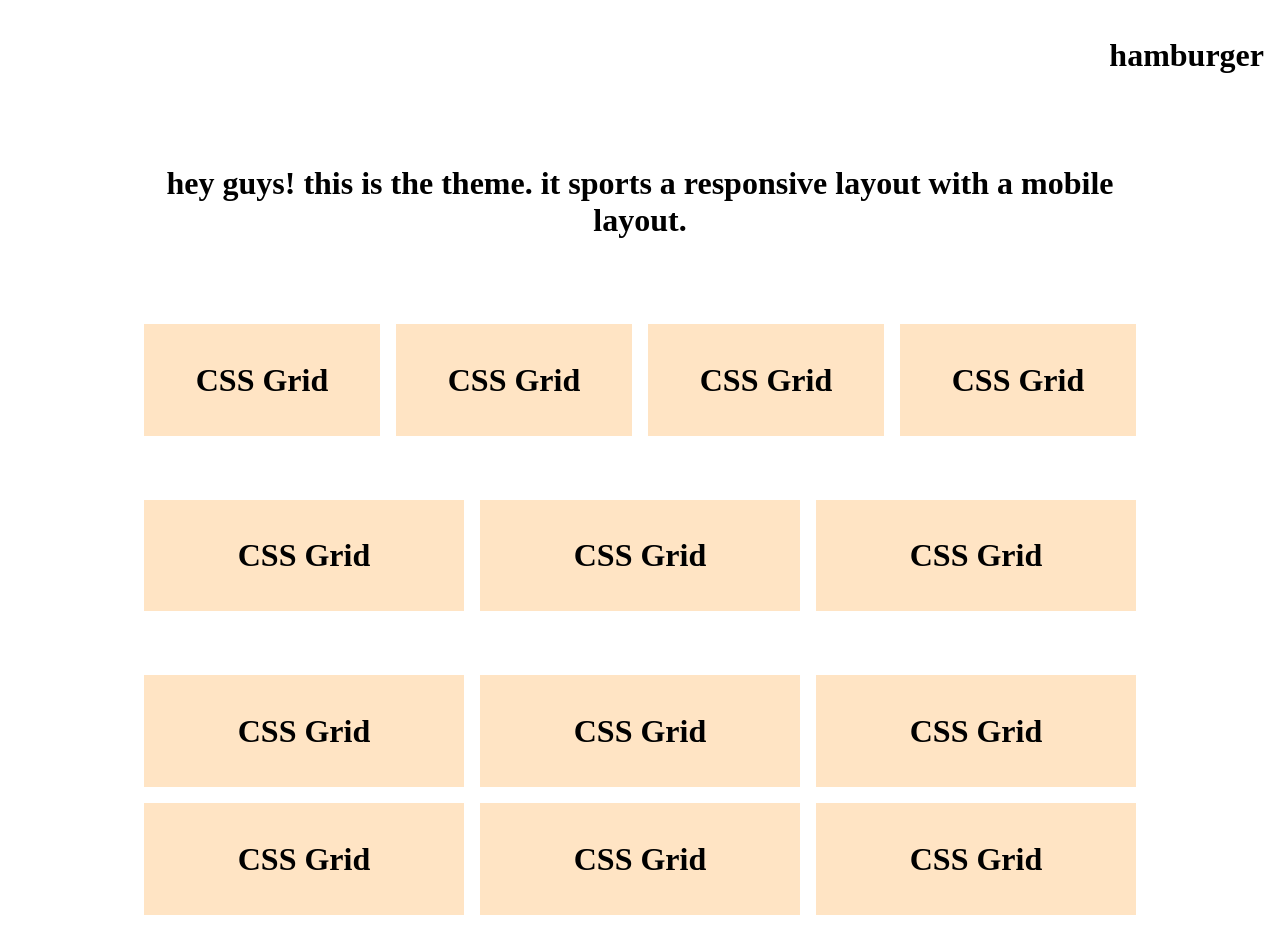
Repository: jjennbui/MDIA2003G-Assignment03B
Page: index.html
These files come from the project's save history. The page is drawn as it stood at one moment and after a run of saves; the edit follows.
The browser window is 1280 px wide. The pictures show the whole page.

Above is the page before, as saved 2023-01-24 20:27:19.

### index.html
<!doctype html>
<html class="no-js" lang="">

<head>
  <meta charset="utf-8">
  <title></title>
  <meta name="description" content="">
  <meta name="viewport" content="width=device-width, initial-scale=1">

  <meta property="og:title" content="">
  <meta property="og:type" content="">
  <meta property="og:url" content="">
  <meta property="og:image" content="">

  <link rel="manifest" href="site.webmanifest">
  <link rel="apple-touch-icon" href="icon.png">
  <!-- Place favicon.ico in the root directory -->

  <link rel="stylesheet" href="css/normalize.css">
  <link rel="stylesheet" href="css/main.css">

  <meta name="theme-color" content="#fafafa">
</head>

<body>

  <div class="hamburger">
    <H1>hamburger</H1>
  </div>

  <div class="SECTION-ONE">
    <div class="row">
     <h1>hey guys! this is the theme. it sports a responsive layout with a mobile layout.</h1>
    </div>
  </div>

  <div class="SECTION-TWO">
    <div class="row m-row-2">
      <div class="col">
        <h1>CSS Grid</h1>
      </div>
      <div class="col">
        <h1>CSS Grid</h1>
      </div>
      <div class="col">
        <h1>CSS Grid</h1>
      </div>
      <div class="col">
        <h1>CSS Grid</h1>
      </div>
    </div>
  </div>

<div class="SECTION-THREE">
  <div class="row m-row-3">
    <div class="col m-row-span">
      <h1>CSS Grid</h1>
    </div>
    <div class="col">
      <h1>CSS Grid</h1>
    </div>
    <div class="col">
      <h1>CSS Grid</h1>
    </div>
    <div class="column">
      <h1>CSS Grid</h1>
    </div>
  </div>
</div>

<div class="SECTION-FOUR">
  <div class="row m-row-4">
    <div class="col m-row-span">
      <h1>CSS Grid</h1>
    </div>
    <div class="col">
      <h1>CSS Grid</h1>
    </div>
    <div class="col">
      <h1>CSS Grid</h1>
    </div>
    <div class="col">
      <h1>CSS Grid</h1>
    </div>
    <div class="col">
      <h1>CSS Grid</h1>
    </div>
    <div class="col">
      <h1>CSS Grid</h1>
    </div>
  </div>
</div>

</body>

</html>

### css/main.css













*,
*:before,
*:after {
  box-sizing: border-box;
}

img{
  width: 100%;
}




div,
main,
section,
footer,
main,
header {

  min-height: 1rem;
  padding: 1rem;


}

.row{
  display: grid;
  row-gap: 1rem;

}

.col{
  position: relative;
  background-color: bisque;
}

.column{
  background-color: bisque;
}

.hamburger{
  text-align: end;
}

.row{
  margin-left: 7rem;
  margin-right: 7rem;

  column-gap: 1rem;
  row-gap: 1rem;
  text-align: center;
}

/* Small only */
@media screen and (max-width: 39.9375em) {}

/* Medium and up */
@media screen and (min-width: 40em) {

  .m-row-2{
    grid-template-columns: 1fr 1fr;
  }

  .m-row-3{
    grid-template-columns: repeat(2, 1fr);
  }

  .m-row-4{
    grid-template-columns: repeat(2, 1fr);
  }

}


/* Medium only */
@media screen and (min-width: 40em) and (max-width: 63.9375em) {}

/* Large and up */
@media screen and (min-width: 64em) {
  .m-row-2{
    grid-template-columns: repeat(4, 1fr);
  }

  .m-row-3{
    grid-template-columns: 1fr 1fr 1fr;
  }

  .m-row-4{
    grid-template-columns: repeat(3, 1fr);
  }

  .column{
    display: none;



}

/* Large only */
@media screen and (min-width: 64em) and (max-width: 74.9375em) {

}

Loaded but not shown: css/normalize.css (library)

After the next 4 saves:
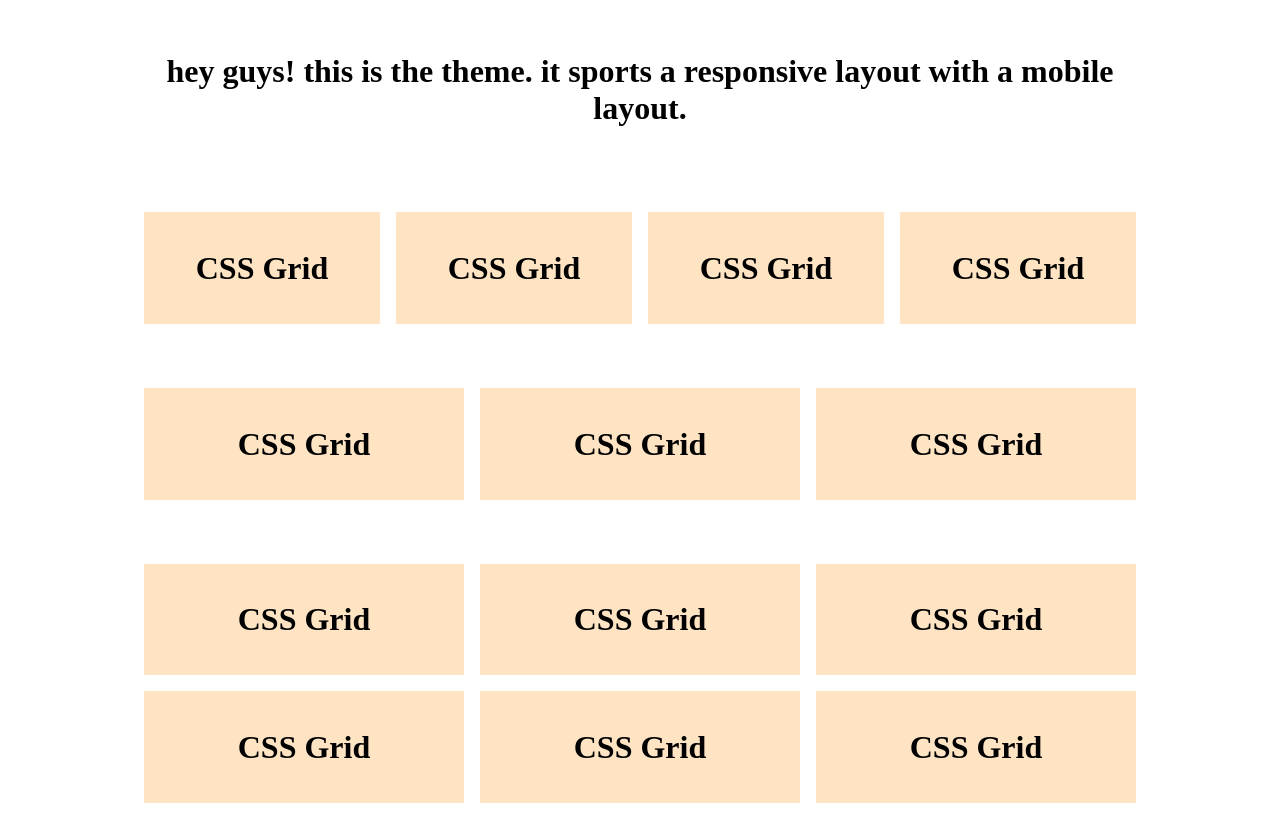
The 4 saves are shown as one change because they came seconds apart.
The last was saved 42 s later.
--- a/css/main.css
+++ b/css/main.css
@@ -83,6 +83,9 @@ header {
     grid-template-columns: repeat(2, 1fr);
   }
 
+  .hamburger{
+    display: none;
+  }
 }
 
 

After the save that followed:
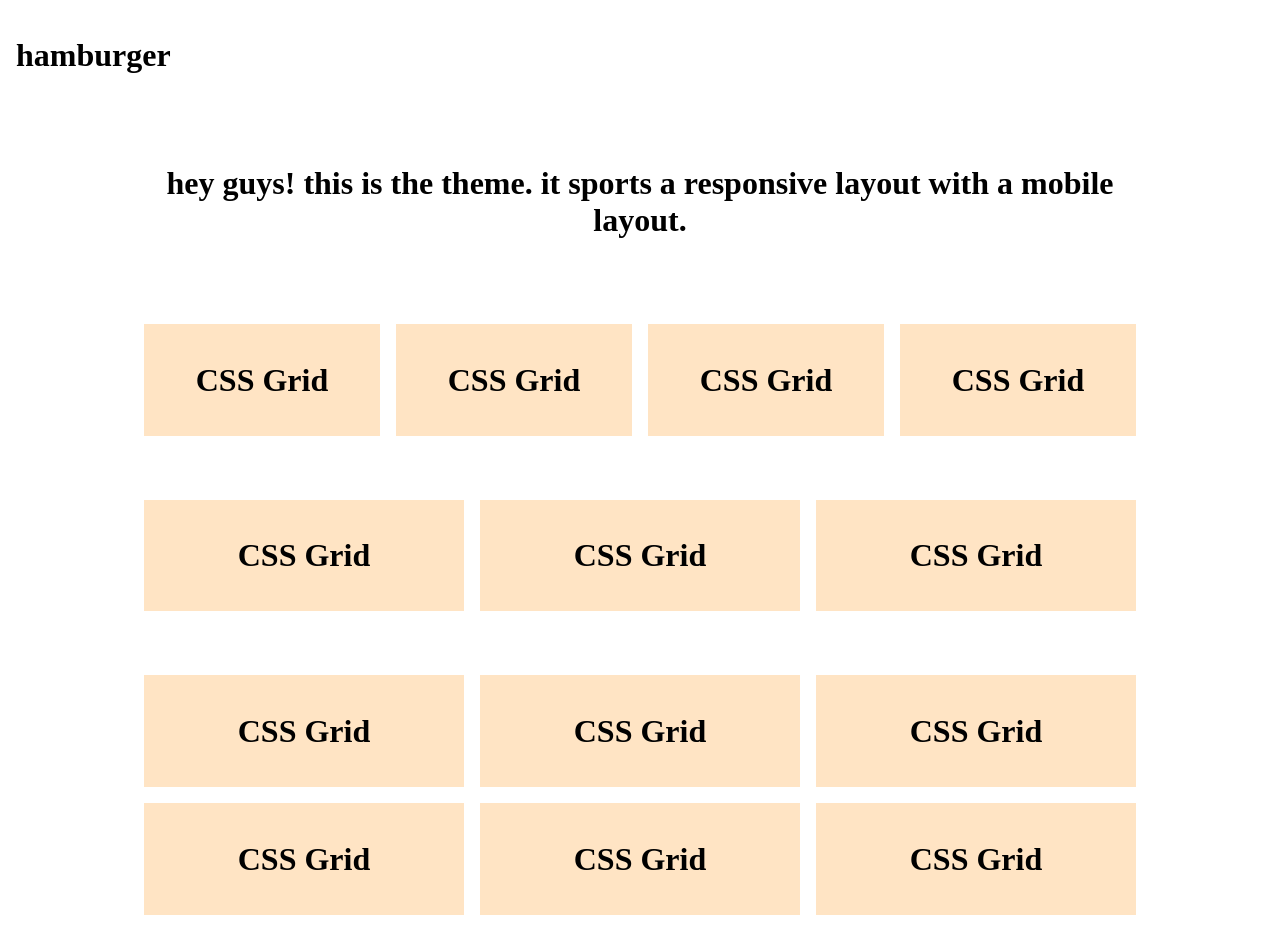
Saved 13 s later.
--- a/index.html
+++ b/index.html
@@ -24,7 +24,7 @@
 
 <body>
 
-  <div class="hamburger">
+  <div class="">
     <H1>hamburger</H1>
   </div>
 
